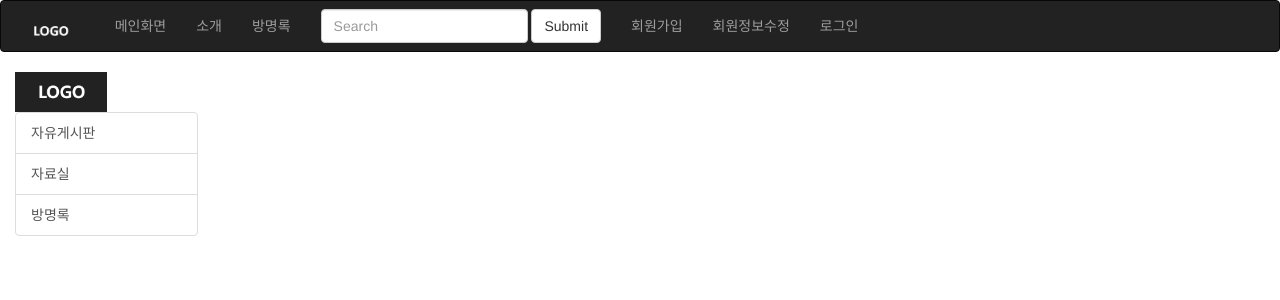
Repository: bhj305/JSP_Bulletin_Board
Page: http://localhost/BulletinBoard/14MVCBoard/Default.jsp
These files come from the project's save history. The page is drawn as it stood at one moment and after the next save; the edit follows.
The browser window is 1280 px wide. The pictures show the whole page.
The page is served by Tomcat 10.

Above is the page before, as saved 2025-05-17 03:44:46.

After the next save:
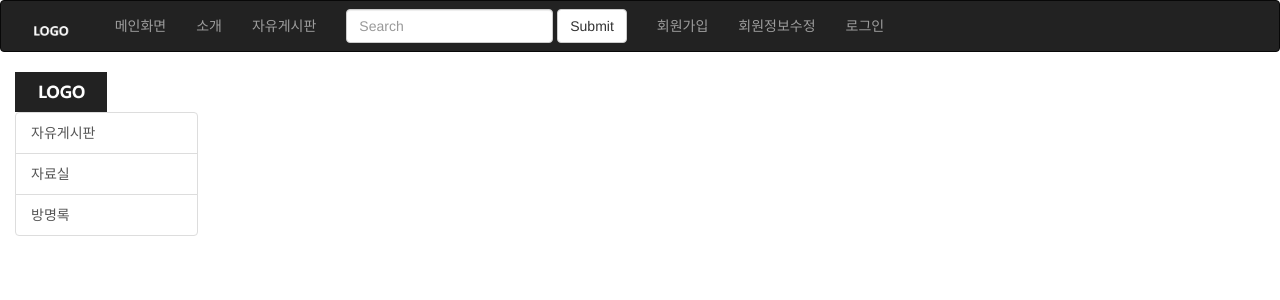
Saved 17 s later.
--- a/BulletinBoard/src/main/webapp/Common/Link.jsp
+++ b/BulletinBoard/src/main/webapp/Common/Link.jsp
@@ -34,7 +34,7 @@
                         </div>
                         </li>
 
-                        <li><a href="#">방명록</a></li>
+                        <li><a href="../mvcboard/list.do">자유게시판</a></li>
 
                         <form class="navbar-form navbar-left" action="#">
                             <div class="form-group">
